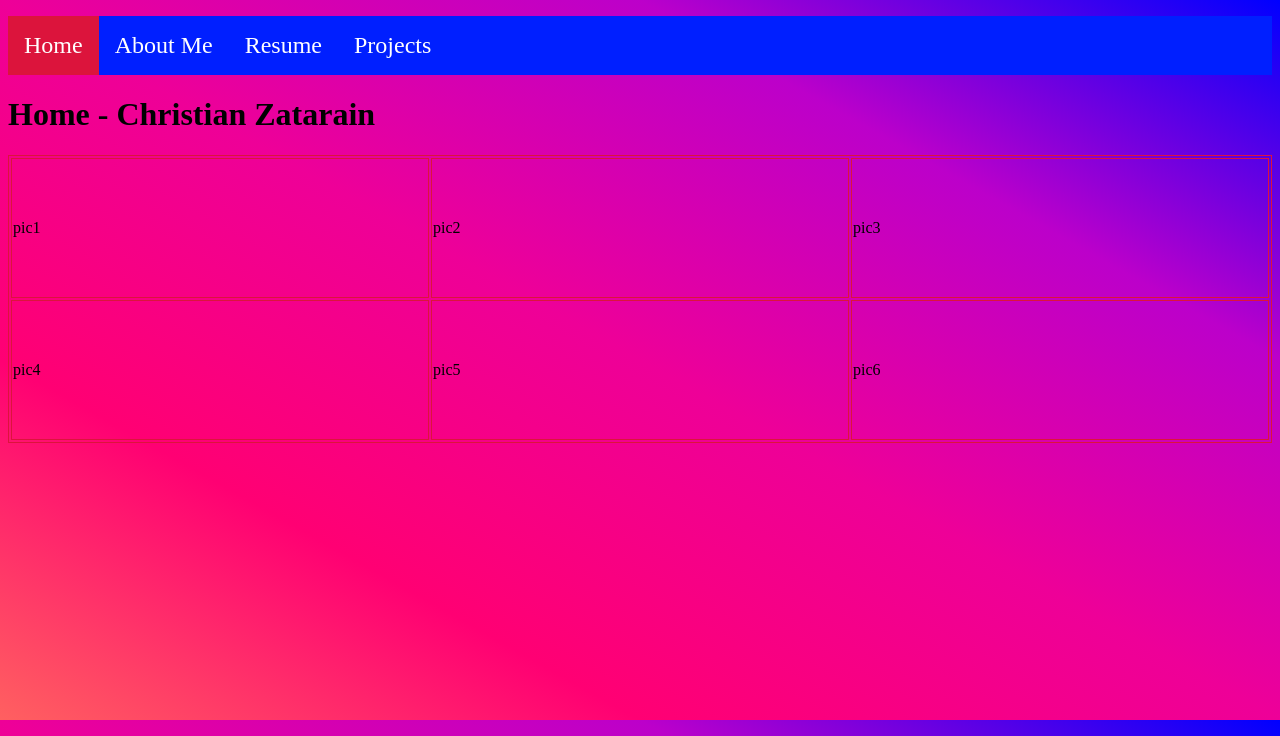
Repository: Zatarain10/Zatarain10.github.io
Page: index.html
The author's editor kept a record of every edit. The page is drawn from the files as they stood at one moment, then again after the next edit.
The browser window is 1280 px wide. The pictures show the whole page.

Above is the page before.

### index.html
<!DOCTYPE html>
<html>
    <head>
    <title>Home</title>
    <link rel="stylesheet" type="text/css" href="style.css">

    </head>
    <body>
        <ul class="navbar">
            <li class="active"><a href="/index.html">Home</a></li>
            <li><a href="aboutme.html">About Me</a></li>
            <li><a href="resume.html">Resume</a></li>
            <li class="dropdown">
                <div>Projects</div>
                <ul class="dropdown-content">
                    <li><a href="project1.html">Project 1</a></li>
                    <li><a href="project2.html">Project 2</a></li>
                    <li><a href="project3.html">Project 3</a></li>
                </ul>
            </li>
        </ul>

        <h1>Home - Christian Zatarain</h1>

        <table border="1"; bordercolor="crimson"; width="100%"; height="40%">
            <tr>
                <td>pic1</th>
                <td>pic2</th>
                <td>pic3</td>
            </tr>
            <tr>
                <td>pic4</td>
                <td>pic5</td>
                <td>pic6</td>
            </tr>
        </table>

    </body>
</html>

### style.css
        .navbar{
            list-style:none;
            background-color: #001fff;
            overflow:hidden;
            padding:0;
        }

        .navbar a, .dropdown div{
            text-decoration:none;
            color: white;
            font-size: 24px;
            padding: 16px;
            display:inline-block;
        }

        .navbar li{
            float:left;
        }

        .navbar li:hover{
            background-color:Cyan;
        }

        .dropdown-content{
            list-style:none;
            padding: 0;
            display:none;
            position:absolute;
            z-index:1;
            background-color: #001fff;
        }

        .dropdown-content li{
            float:none;
        }

        .dropdown:hover .dropdown-content{
            display:block;
        }

        .active{
            background-color: crimson;
        }

        html{
            height: 100%;
        }

        body{
            height: 100%;
            background-repeat: no-repeat;
            background-attachment: fixed;
            background: linear-gradient(to right top, #ff6060, #ff0073, #ee0098, #bc00ca, #0000ff);
        }

After the next edit:
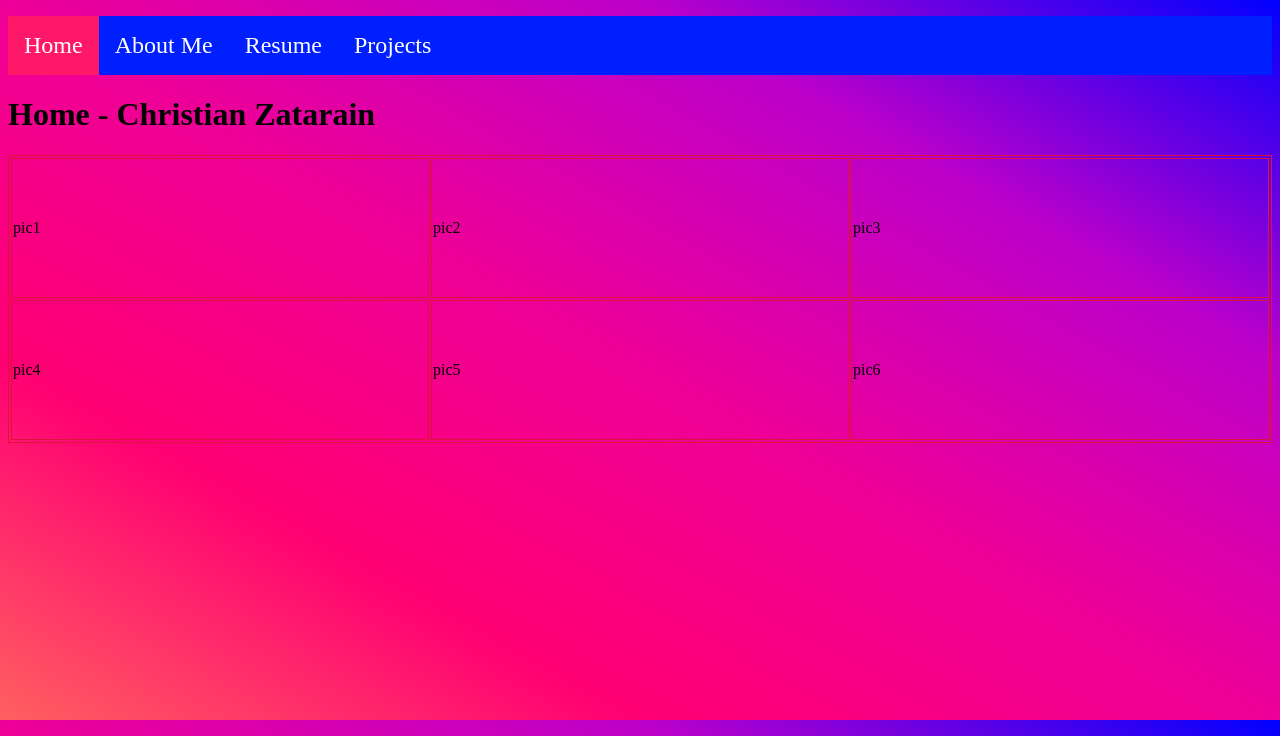
The edit:
--- a/style.css
+++ b/style.css
@@ -39,7 +39,7 @@
         }
 
         .active{
-            background-color: crimson;
+            background-color: #ff1768;
         }
 
         html{
